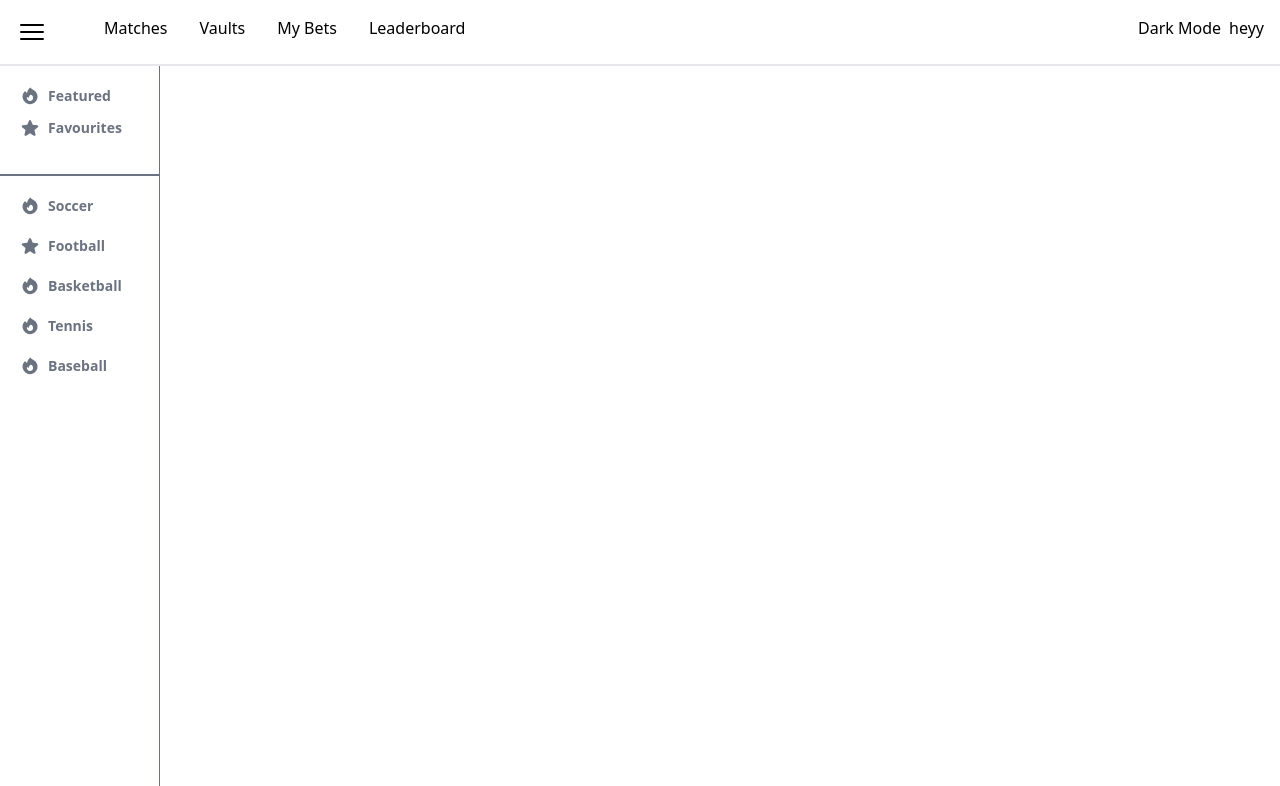
Repository: thekingisherenow/Betterbook
Page: /
These files come from the project's save history. The page is drawn as it stood at one moment and after the next save; the edit follows.
The browser window is 1280 px wide. The pictures show the whole page.
The project was rebuilt for these pictures with package versions that can differ from the ones it lists, and the page was loaded fresh each time. The framework's server and built-in components were replaced by stand-ins that run in the browser. Also part of the build but not shown: next.config.js.

Above is the page before, as saved 2023-01-16 23:27:48.

After the next save:
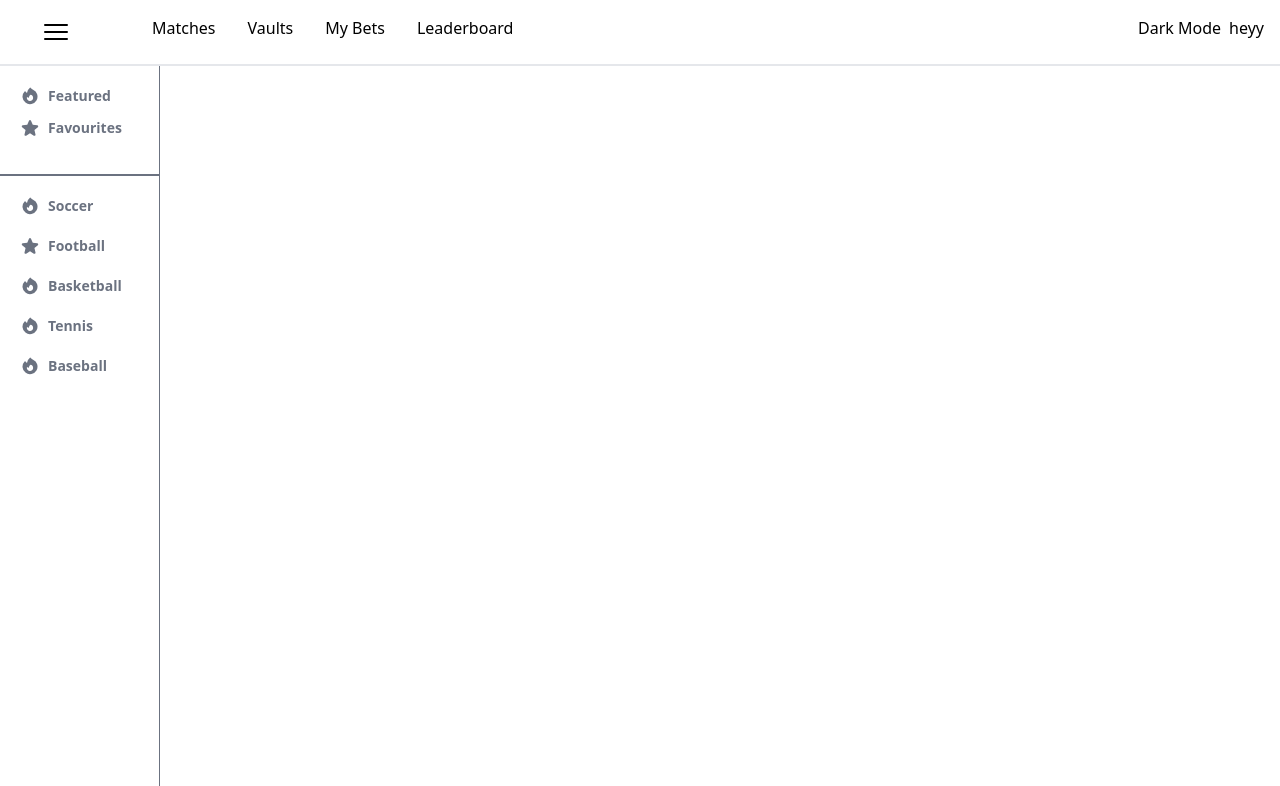
Saved 64 s later.
--- a/src/components/Typography/Header.tsx
+++ b/src/components/Typography/Header.tsx
@@ -6,8 +6,10 @@ function Header() {
   return (
     <header >
       <div className='p-4 flex text-center   border-b-2 '>
-        <Bars3Icon className='h-8 w-8 cursor-pointer'/>
+
+        <Bars3Icon className='h-8 w-8 mx-6 cursor-pointer'/>
         <div className='ml-10'>
+
           {/* Nav Links */}
         <NavLinks />
 
